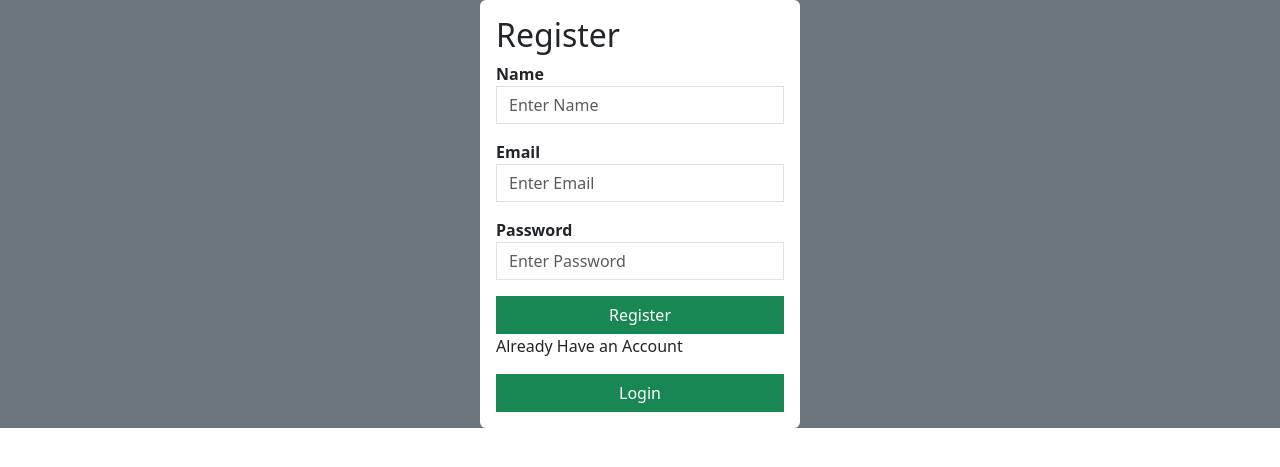
Repository: kapucuonur/LOGIN_REGISTER
Page: /register (app in client/)
An editor plug-in stored every save of this project. The page is shown before and after the next save, followed by the edit.
The browser window is 1280 px wide. The pictures show the whole page.
The project was rebuilt for these pictures with package versions that can differ from the ones it lists, and the page was loaded fresh each time. Also part of the build but not shown: client/vite.config.js, client/src/Login.jsx, client/src/Home.jsx.

Above is the page before, as saved 2024-11-20 21:54:56.

### client/src/App.jsx
import { useState } from 'react'
import 'bootstrap/dist/css/bootstrap.min.css'
import Signup from './Signup'
import {BrowserRouter, Routes, Route} from 'react-router-dom'
import Login from './Login'
import Home from './Home'



import { ToastContainer } from "react-toastify";
import "react-toastify/dist/ReactToastify.css";

function App() {
    return (
        <>
            {/* ToastContainer global olarak bildirimleri gösterecek */}
            <ToastContainer />

            {/* React Router ile yönlendirmeler */}
            <BrowserRouter>
                <Routes>
                    <Route path="/register" element={<Signup />} />
                    <Route path="/login" element={<Login />} />
                    <Route path="/home" element={<Home />} />
                </Routes>
            </BrowserRouter>
        </>
    );
}

export default App;

### client/src/Signup.jsx
import { useState } from "react";
import { Link } from "react-router-dom";
import axios from "axios";
import { useNavigate } from "react-router-dom";

function Signup() {
    const [name, setName] = useState()
    const [email, setEmail] = useState()
    const [password, setPassword] = useState()
    const navigate = useNavigate()

    const handleSubmit = (e) => {
        e.preventDefault();
        axios.post('http://localhost:3001/register', {name, email, password})
        .then(result => {console.log(result)
        navigate("/login")})
        .catch(err => console.log(err))

    };
  return(
    <div className="d-flex justify-content-center align-items-center bg-secondary 100vh">
        <div className="bg-white p-3 rounded w-25">
            <h2>Register</h2>
            <form onSubmit={handleSubmit}>
                <div className="mb-3">
                    <label htmlFor="email">
                    <strong>Name</strong>
                    </label>
                    <input
                    type="text"
                    placeholder="Enter Name"
                    autoComplete="off"
                    name="email"
                    className="form-control rounded-0"
                    onChange={(e) => setName(e.target.value)}
                    />
                    </div>
                    <div className="mb-3">
                        <label htmlFor="email">
                            <strong>Email</strong>
                            </label>
                            <input
                            type="email"
                            placeholder="Enter Email"
                            autoComplete="off"
                            name="email"
                            className="form-control rounded-0"
                            onChange={(e) => setEmail(e.target.value)}
                            />
                            </div>
                            <div className="mb-3">
                                <label htmlFor="email">
                                    <strong>Password</strong>
                                    </label>
                                    <input
                                    type="password"
                                    placeholder="Enter Password"
                                    name="password"
                                    className="form-control rounded-0"
                                    onChange={(e) => setPassword(e.target.value)}
                                    />
                                    </div>
                                    <button type="submit" className="btn btn-success w-100 rounded-0">
                                        Register
                                        </button>
                                        </form>
                                        <p>Already Have an Account</p>
                                        <Link to="/login" className="btn btn-success w-100 rounded-0">
                                        Login
                                        </Link>




    </div>
    </div>
  );
}

export default Signup;

Loaded but not shown: client/index.html (common file); client/src/main.jsx (common file)

After the next save:
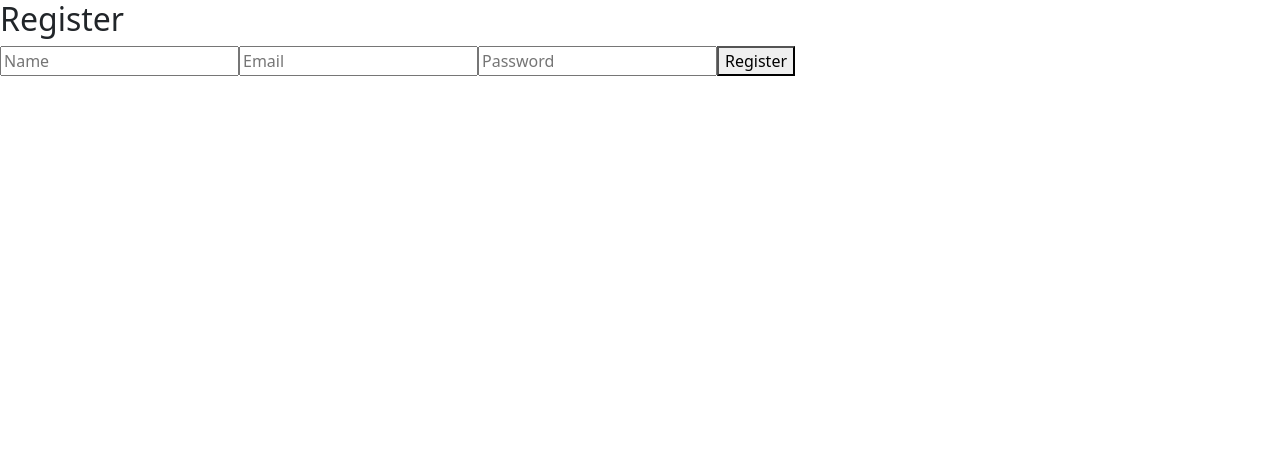
Saved 2 min 3 s later.
--- a/client/src/Signup.jsx
+++ b/client/src/Signup.jsx
@@ -1,80 +1,38 @@
 import { useState } from "react";
-import { Link } from "react-router-dom";
+import { toast } from "react-toastify";
 import axios from "axios";
 import { useNavigate } from "react-router-dom";
 
 function Signup() {
-    const [name, setName] = useState()
-    const [email, setEmail] = useState()
-    const [password, setPassword] = useState()
-    const navigate = useNavigate()
+    const [name, setName] = useState("");
+    const [email, setEmail] = useState("");
+    const [password, setPassword] = useState("");
+    const navigate = useNavigate();
 
     const handleSubmit = (e) => {
         e.preventDefault();
-        axios.post('http://localhost:3001/register', {name, email, password})
-        .then(result => {console.log(result)
-        navigate("/login")})
-        .catch(err => console.log(err))
+        axios.post("http://localhost:3001/register", { name, email, password })
+            .then((response) => {
+                toast.success("Registration Successful!");
+                navigate("/login");
+            })
+            .catch((err) => {
+                toast.error("Something went wrong. Try again!");
+                console.error(err);
+            });
+    };
 
-    };
-  return(
-    <div className="d-flex justify-content-center align-items-center bg-secondary 100vh">
-        <div className="bg-white p-3 rounded w-25">
+    return (
+        <div>
             <h2>Register</h2>
             <form onSubmit={handleSubmit}>
-                <div className="mb-3">
-                    <label htmlFor="email">
-                    <strong>Name</strong>
-                    </label>
-                    <input
-                    type="text"
-                    placeholder="Enter Name"
-                    autoComplete="off"
-                    name="email"
-                    className="form-control rounded-0"
-                    onChange={(e) => setName(e.target.value)}
-                    />
-                    </div>
-                    <div className="mb-3">
-                        <label htmlFor="email">
-                            <strong>Email</strong>
-                            </label>
-                            <input
-                            type="email"
-                            placeholder="Enter Email"
-                            autoComplete="off"
-                            name="email"
-                            className="form-control rounded-0"
-                            onChange={(e) => setEmail(e.target.value)}
-                            />
-                            </div>
-                            <div className="mb-3">
-                                <label htmlFor="email">
-                                    <strong>Password</strong>
-                                    </label>
-                                    <input
-                                    type="password"
-                                    placeholder="Enter Password"
-                                    name="password"
-                                    className="form-control rounded-0"
-                                    onChange={(e) => setPassword(e.target.value)}
-                                    />
-                                    </div>
-                                    <button type="submit" className="btn btn-success w-100 rounded-0">
-                                        Register
-                                        </button>
-                                        </form>
-                                        <p>Already Have an Account</p>
-                                        <Link to="/login" className="btn btn-success w-100 rounded-0">
-                                        Login
-                                        </Link>
-
-
-
-
-    </div>
-    </div>
-  );
+                <input type="text" placeholder="Name" onChange={(e) => setName(e.target.value)} />
+                <input type="email" placeholder="Email" onChange={(e) => setEmail(e.target.value)} />
+                <input type="password" placeholder="Password" onChange={(e) => setPassword(e.target.value)} />
+                <button type="submit">Register</button>
+            </form>
+        </div>
+    );
 }
 
 export default Signup;

After the save that followed:
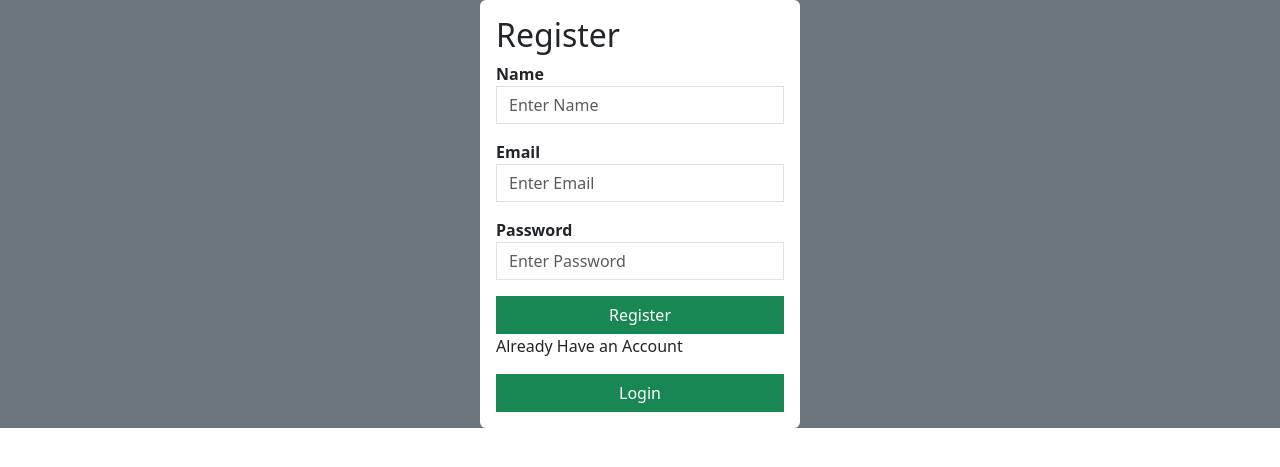
Saved 64 s later.
--- a/client/src/Signup.jsx
+++ b/client/src/Signup.jsx
@@ -1,38 +1,80 @@
 import { useState } from "react";
-import { toast } from "react-toastify";
+import { Link } from "react-router-dom";
 import axios from "axios";
 import { useNavigate } from "react-router-dom";
 
 function Signup() {
-    const [name, setName] = useState("");
-    const [email, setEmail] = useState("");
-    const [password, setPassword] = useState("");
-    const navigate = useNavigate();
+    const [name, setName] = useState()
+    const [email, setEmail] = useState()
+    const [password, setPassword] = useState()
+    const navigate = useNavigate()
 
     const handleSubmit = (e) => {
         e.preventDefault();
-        axios.post("http://localhost:3001/register", { name, email, password })
-            .then((response) => {
-                toast.success("Registration Successful!");
-                navigate("/login");
-            })
-            .catch((err) => {
-                toast.error("Something went wrong. Try again!");
-                console.error(err);
-            });
+        axios.post('http://localhost:3001/register', {name, email, password})
+        .then(result => {console.log(result)
+        navigate("/login")})
+        .catch(err => console.log(err))
+
     };
-
-    return (
-        <div>
+  return(
+    <div className="d-flex justify-content-center align-items-center bg-secondary 100vh">
+        <div className="bg-white p-3 rounded w-25">
             <h2>Register</h2>
             <form onSubmit={handleSubmit}>
-                <input type="text" placeholder="Name" onChange={(e) => setName(e.target.value)} />
-                <input type="email" placeholder="Email" onChange={(e) => setEmail(e.target.value)} />
-                <input type="password" placeholder="Password" onChange={(e) => setPassword(e.target.value)} />
-                <button type="submit">Register</button>
-            </form>
-        </div>
-    );
+                <div className="mb-3">
+                    <label htmlFor="email">
+                    <strong>Name</strong>
+                    </label>
+                    <input
+                    type="text"
+                    placeholder="Enter Name"
+                    autoComplete="off"
+                    name="email"
+                    className="form-control rounded-0"
+                    onChange={(e) => setName(e.target.value)}
+                    />
+                    </div>
+                    <div className="mb-3">
+                        <label htmlFor="email">
+                            <strong>Email</strong>
+                            </label>
+                            <input
+                            type="email"
+                            placeholder="Enter Email"
+                            autoComplete="off"
+                            name="email"
+                            className="form-control rounded-0"
+                            onChange={(e) => setEmail(e.target.value)}
+                            />
+                            </div>
+                            <div className="mb-3">
+                                <label htmlFor="email">
+                                    <strong>Password</strong>
+                                    </label>
+                                    <input
+                                    type="password"
+                                    placeholder="Enter Password"
+                                    name="password"
+                                    className="form-control rounded-0"
+                                    onChange={(e) => setPassword(e.target.value)}
+                                    />
+                                    </div>
+                                    <button type="submit" className="btn btn-success w-100 rounded-0">
+                                        Register
+                                        </button>
+                                        </form>
+                                        <p>Already Have an Account</p>
+                                        <Link to="/login" className="btn btn-success w-100 rounded-0">
+                                        Login
+                                        </Link>
+
+
+
+
+    </div>
+    </div>
+  );
 }
 
 export default Signup;
